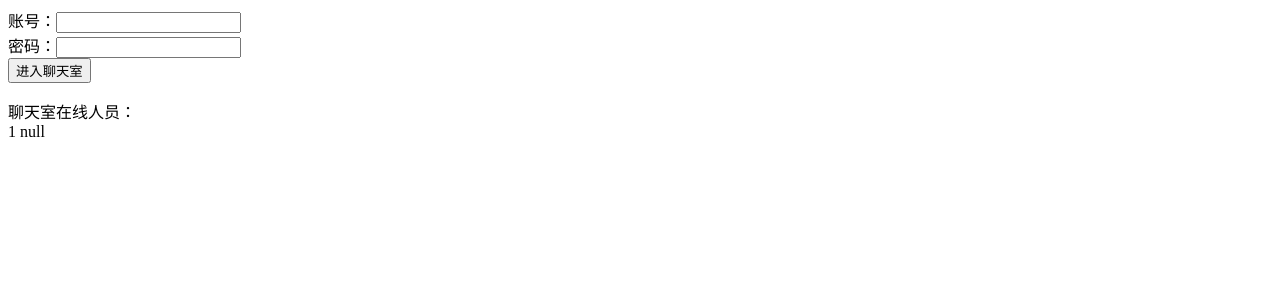
Repository: Matty-GCU/MyEclipse
Page: http://localhost/JavaWeb/chapter08_JSP_built_in_Object_2/homework/8.99.3hw3.jsp
An editor plug-in stored every save of this project. The page is shown before and after a run of saves, followed by the edit.
The browser window is 1280 px wide. The pictures show the whole page.
The page is served by Tomcat 9.

Above is the page before, as saved 2021-10-27 15:56:04.

After the next 2 saves:
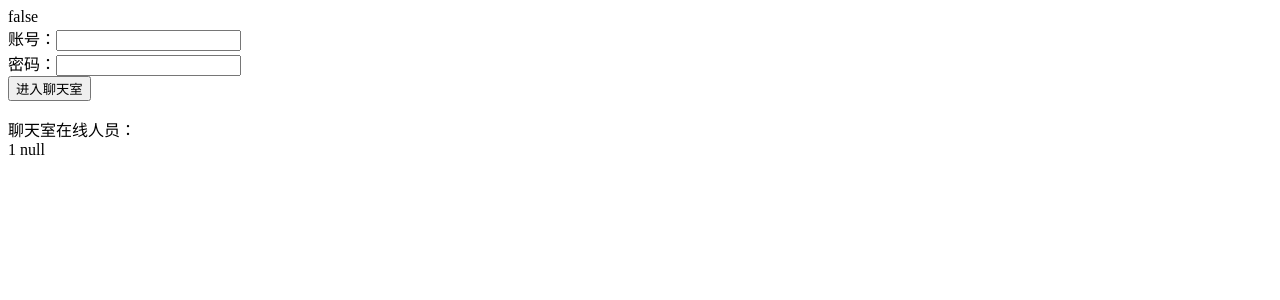
The 2 saves are shown as one change because 1 did not build or start.
The last was saved 3 min 35 s later.
--- a/JavaWeb/WebRoot/chapter08_JSP_built_in_Object_2/homework/8.99.3hw3.jsp
+++ b/JavaWeb/WebRoot/chapter08_JSP_built_in_Object_2/homework/8.99.3hw3.jsp
@@ -14,6 +14,7 @@
 			}
 			String newAccount = request.getParameter("newAccount");
 			String psw = request.getParameter("psw");
+			out.println(account == null);
 			if(! "".equals(newAccount) && ! "".equals(psw)) {
 				account.add(newAccount);
 			}
